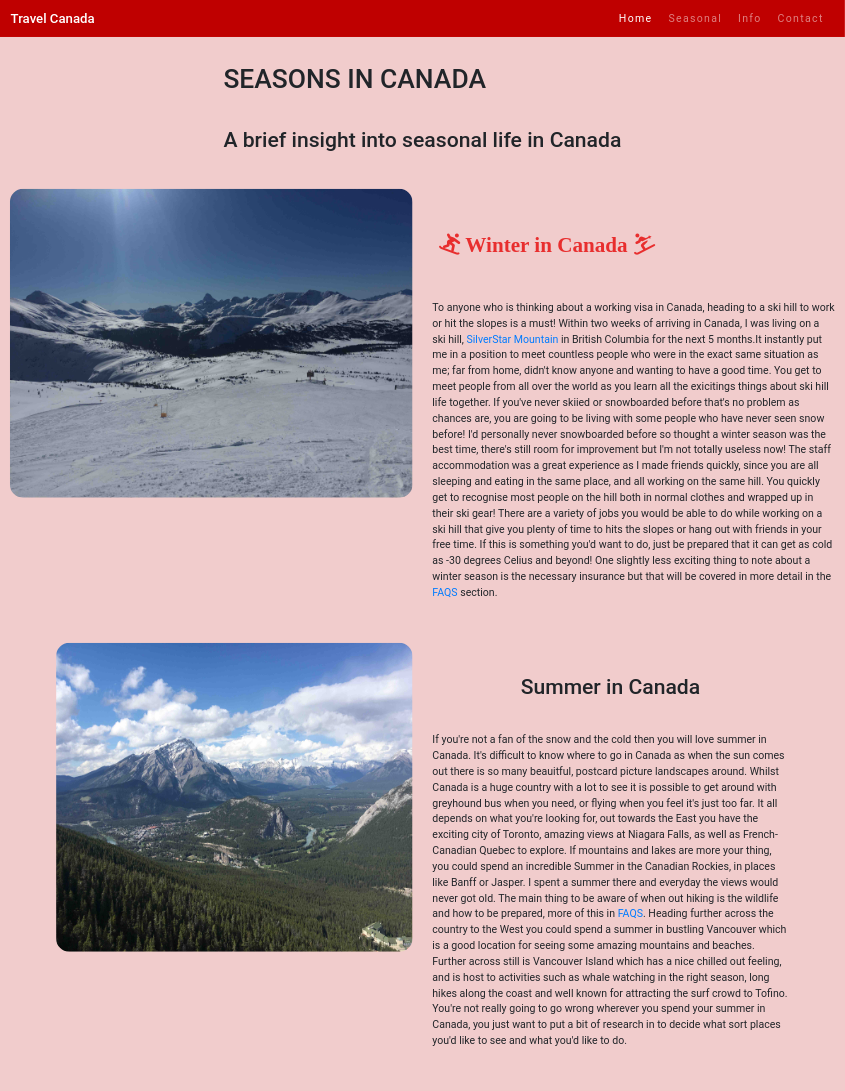
Repository: JonWil91/Travel-Canada
Page: seasonal.html
The author's editor kept a record of every edit. The page is drawn from the files as they stood at one moment, then again after the next edit.
The browser window is 1280 px wide. The pictures show the whole page, at 66% of full size.
Some web libraries are served in a nearby version.

Above is the page before.

After the next edit:
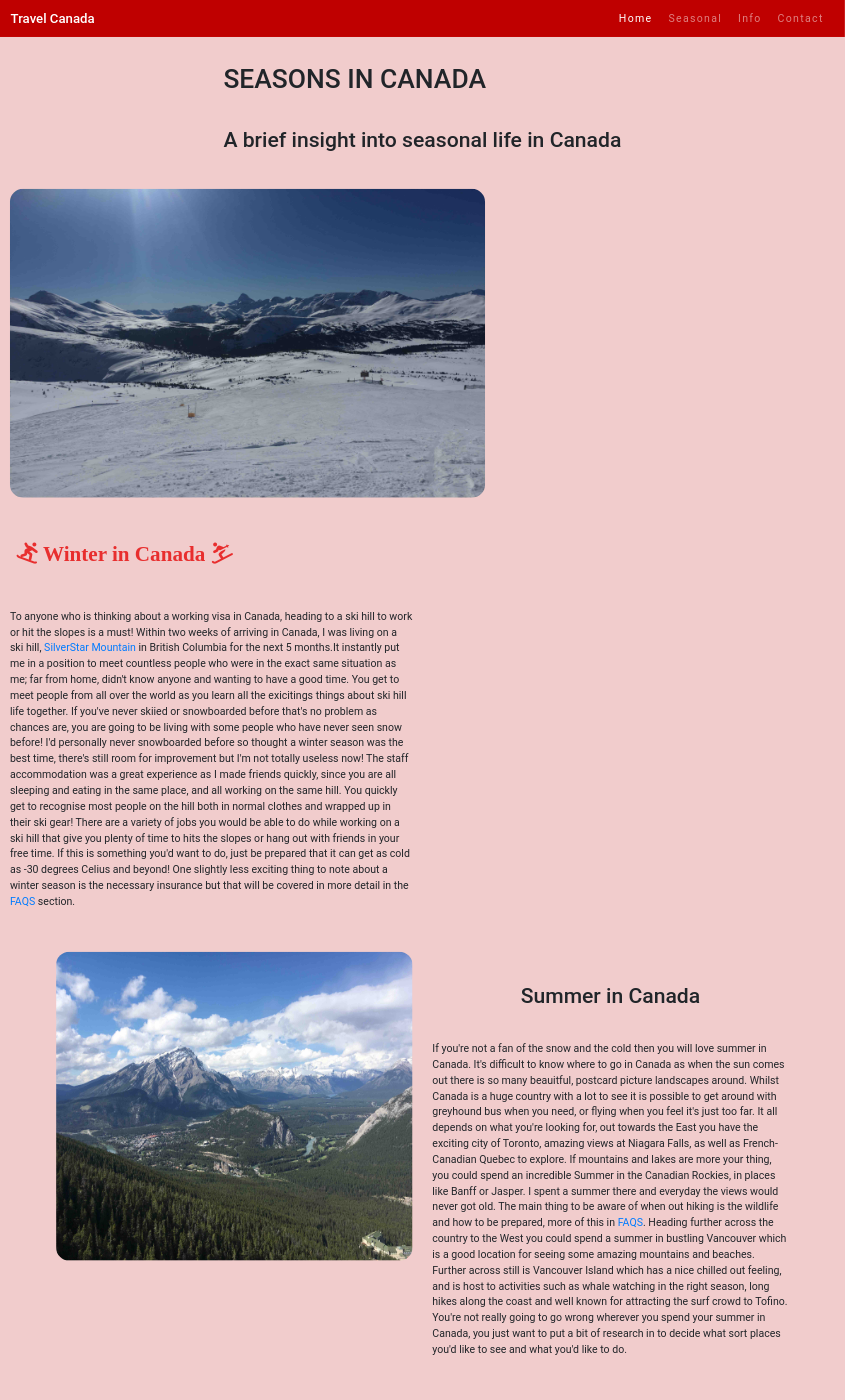
The edit:
--- a/seasonal.html
+++ b/seasonal.html
@@ -51,7 +51,7 @@
 
         <div class="container-fluid">
             <div class="row">
-                <div class="col-md-6">
+                <div class="col-12">
                     <img src="images/canada-winter.jpg" class="img-fluid">
                 </div>
                 <div class="col-md-6">
